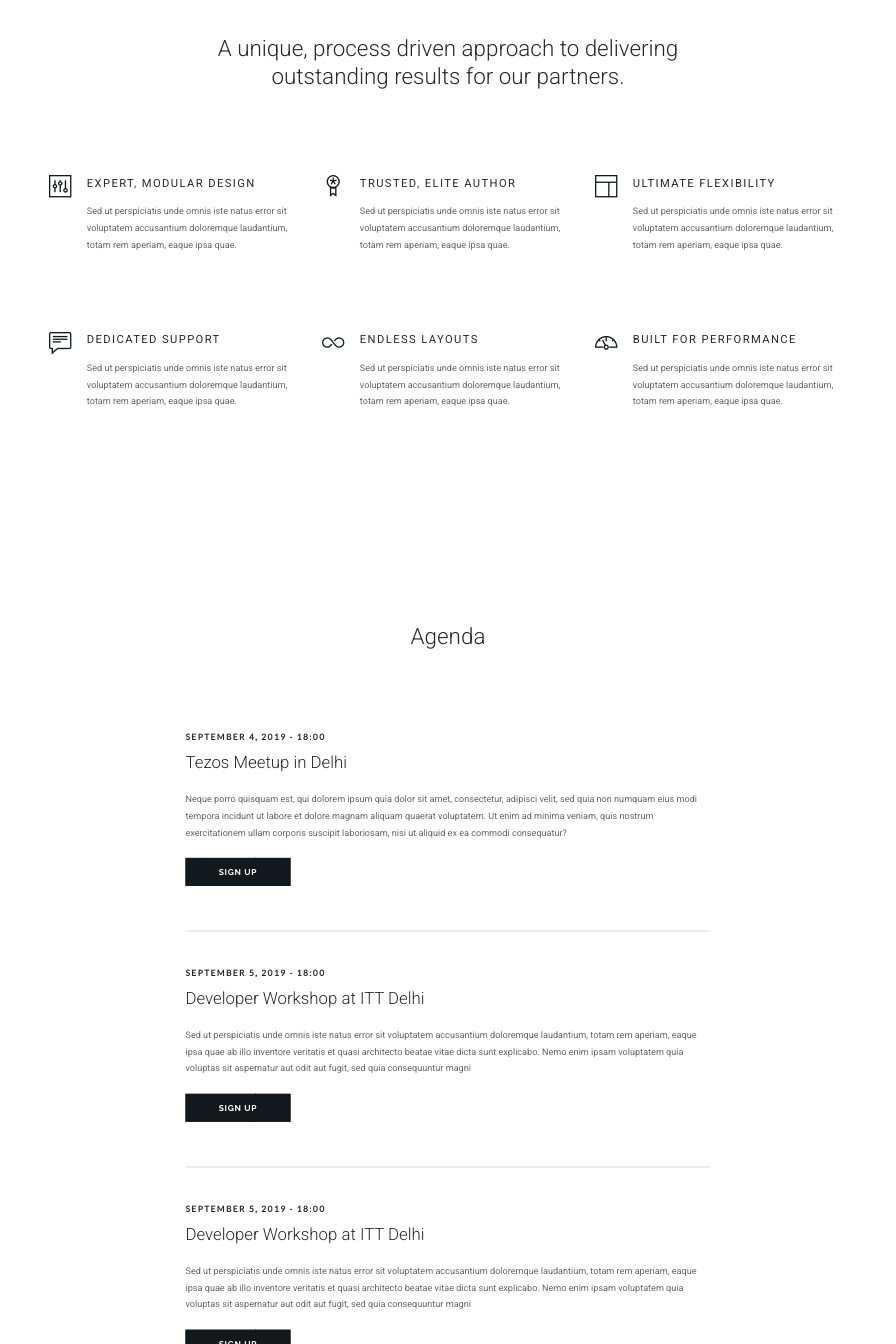
Repository: Tezos-India-Foundation/TIF-Website
Page: Tezos India Website/page.html
These files come from the project's save history. The page is drawn as it stood at one moment and after the next save; the edit follows.
The browser window is 1280 px wide. The pictures show the part of the page from y = 1771 to 3691 px (the page is 5045 px tall before and 5141 px after), at 70% of full size.
A picture or video elsewhere on the page could not be fetched, so the positions and the page height are approximate.

Above is the page before, as saved 2019-08-13 04:12:35.

After the next save:
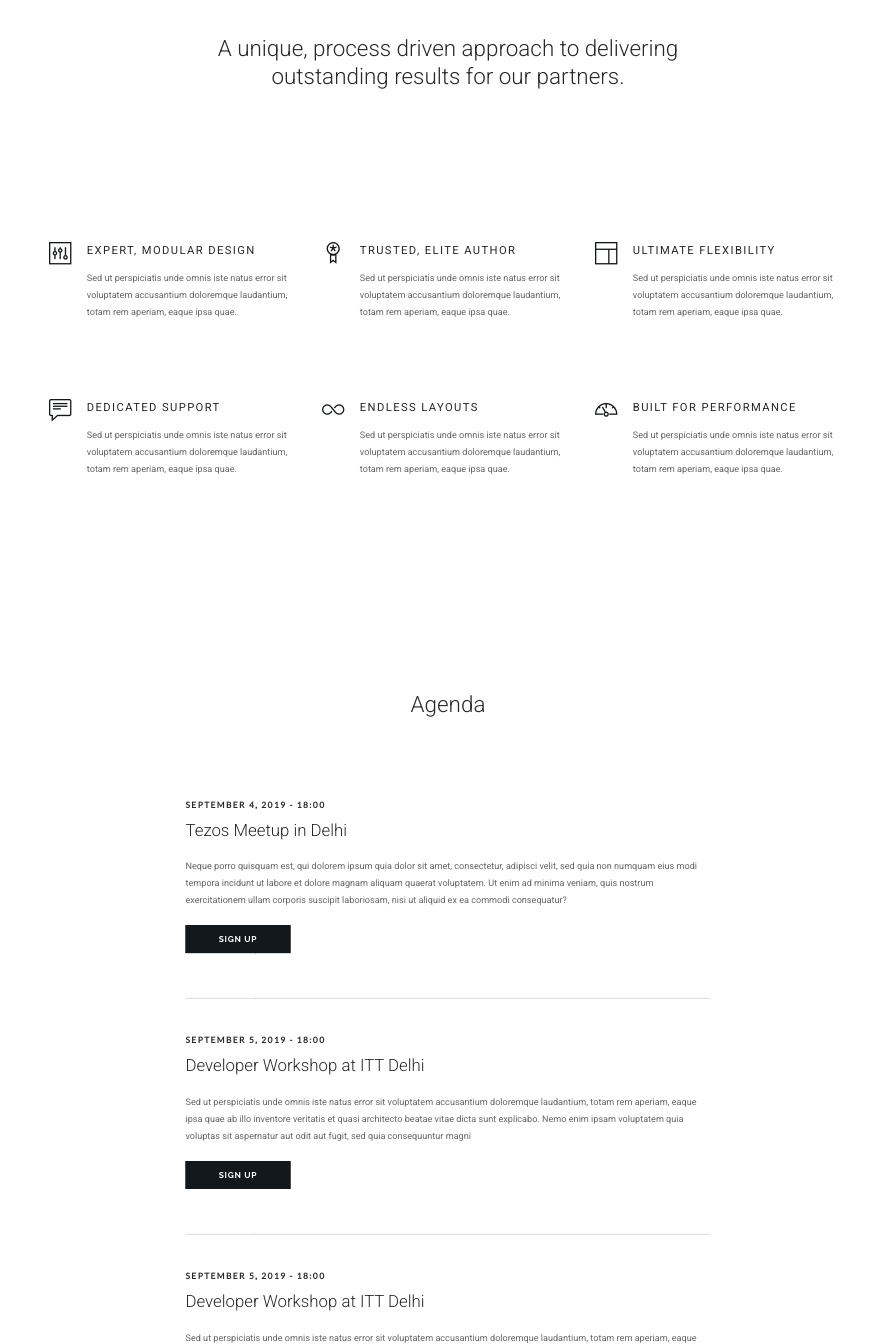
Saved 26 s later.
--- a/Tezos India Website/page.html
+++ b/Tezos India Website/page.html
@@ -179,7 +179,7 @@
 		</div>
 		<!--end of container-->
 	</section>
-	<section class="pb0">
+	<section class="pb-primary">
 		<div class="container">
 			<div class="row">
 				<div class="col-md-8 col-md-offset-2 col-sm-10 col-sm-offset-1 text-center">
